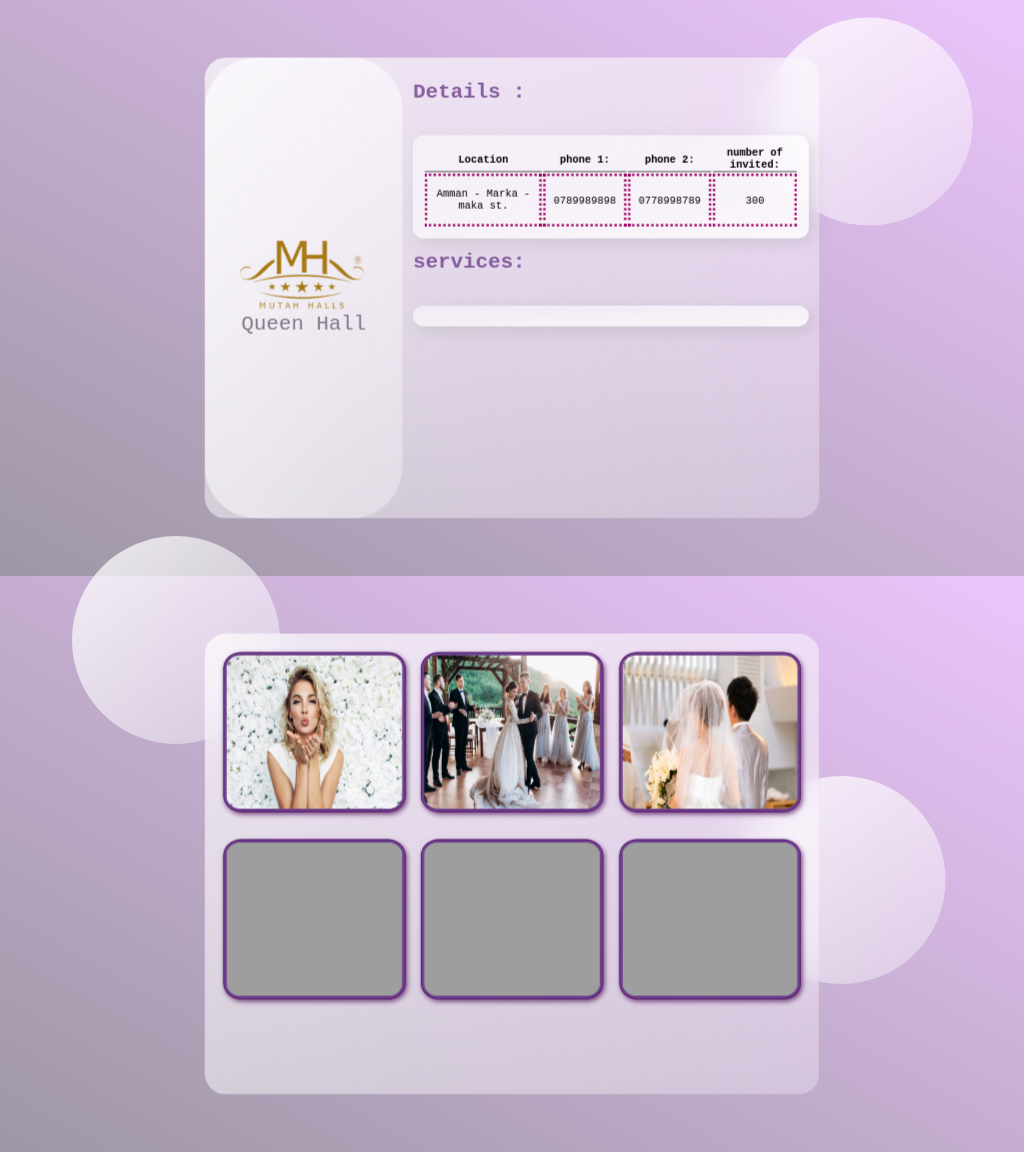
Repository: special4Party/Graduation-project-wedding-hall
Page: include/temp/hall_profile.html
These files come from the project's save history. The page is drawn as it stood at one moment and after the next save; the edit follows.
The browser window is 1280 px wide. The pictures show the whole page, at 80% of full size.
Pictures or frames that could not be fetched are drawn as grey boxes.

Above is the page before, as saved 2022-04-30 00:13:28.

After the next save:
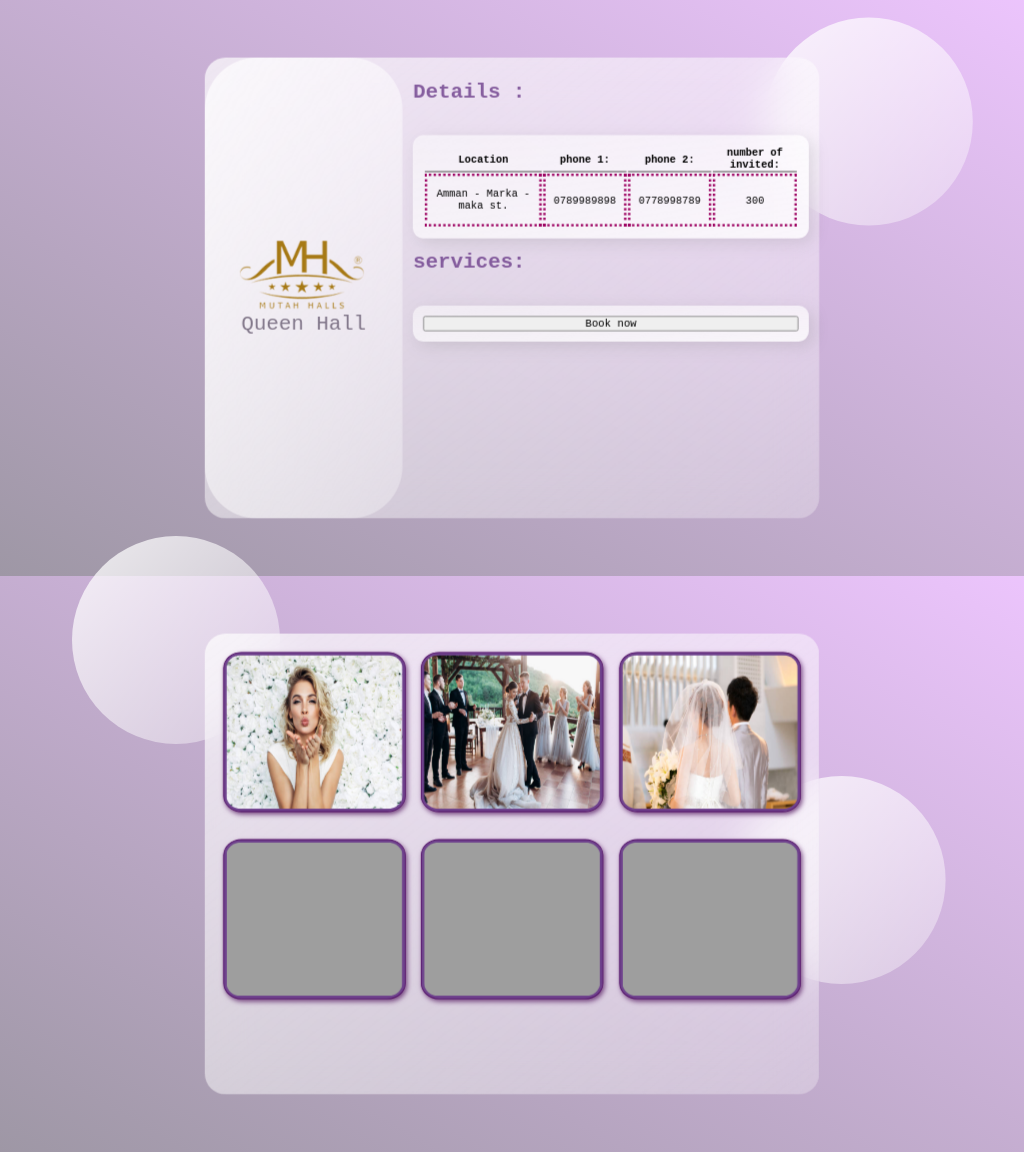
Saved 74 s later.
--- a/include/temp/hall_profile.html
+++ b/include/temp/hall_profile.html
@@ -50,7 +50,7 @@
           </div>
           <div class="card">
             <div class="card-info">
-
+                <button>Book now</button>
             </div>
           </div>
         </div>
